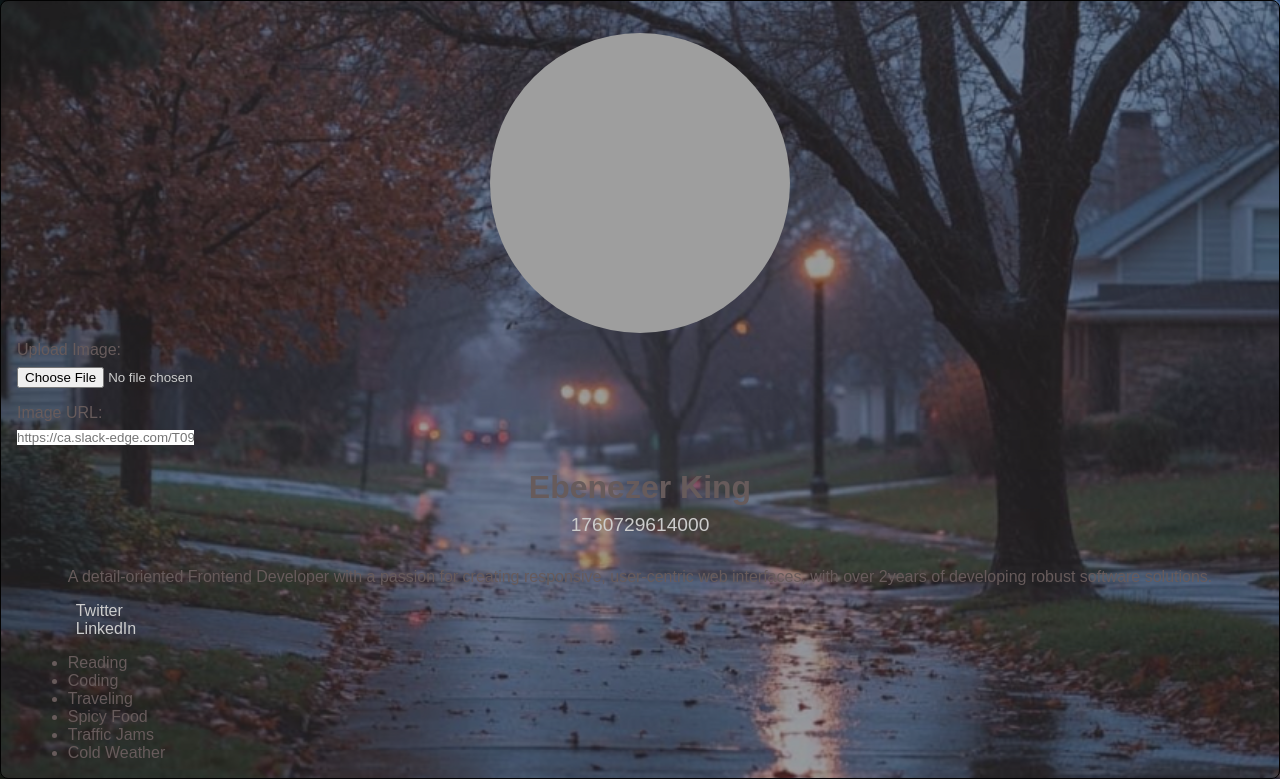
Repository: ebenezertiewei/profileCard
Page: index.html
The author's editor kept a copy of each file at every save. The page is drawn from the files as they stood at one save, then again after the next save.
The browser window is 1280 px wide. The pictures show the whole page.
Pictures or frames that could not be fetched are drawn as grey boxes.

Above is the page before, as saved 2025-10-17 23:13:34.

### index.html
<!DOCTYPE html>
<html lang="en">
	<head>
		<meta charset="UTF-8" />
		<meta name="viewport" content="width=device-width, initial-scale=1.0" />
		<title>Profile Card</title>
		<link rel="stylesheet" href="style.css" />
	</head>
	<body>
		<!--------------------------------- PROFILE CARD CONTAINER ---------------------------->
		<article data-testid="test-profile-card">
			<!---------------------------------- PROFILE HEADER ---------------------------->
			<section id="profileHeader">
				<figure>
					<img
						src="https://ca.slack-edge.com/T09AMR8A9C3-U09L73CQQ2K-7e805defcf15-512"
						alt="Profile Avatar"
						data-testid="test-user-avatar"
						id="profileAvatar"
					/>
					<!-- <figcaption>Ebenezer King</figcaption> -->
				</figure>
				<section class="imageUploadMethods">
					<!-- image upload -->
					<label for="avatarUpload">Upload Image:</label>
					<input type="file" id="avatarUpload" accept="image/*" />
					<!-- image url -->
					<label for="avatarUrl">Image URL:</label>
					<input
						type="url"
						id="avatarUrl"
						placeholder="https://ca.slack-edge.com/T09AMR8A9C3-U09L73CQQ2K-7e805defcf15-512"
					/>
				</section>
				<h2 data-testid="test-user-name">Ebenezer King</h2>
				<!----------- current time----------->
				<p data-testid="test-user-time"></p>
			</section>
			<!---------------------------------- PROFILE DETAILS ---------------------------->
			<section id="profileDetails">
				<p data-testid="test-user-bio">
					A detail-oriented Frontend Developer with a passion for creating
					responsive, user-centric web interfaces, with over 2years of
					developing robust software solutions.
				</p>
				<!--------------------- social links ------------->
				<nav data-testid="test-user-social-links">
					<ul>
						<li>
							<a
								href="https://x.com/txch_king?s=11&t=o3w1r65yzU2hxbP-LDD1ug"
								target="_blank"
								rel="noopener noreferrer"
								data-testid="test-user-social-twitter"
							>
								Twitter
							</a>
						</li>
						<li>
							<a
								href="https://www.linkedin.com/in/ebenezer-t-093b21320/"
								target="_blank"
								rel="noopener noreferrer"
								data-testid="test-user-social-linkedin"
							>
								LinkedIn
							</a>
						</li>
					</ul>
				</nav>
				<!--------------------- hobbies ------------->
				<section data-testid="test-user-hobbies">
					<h2></h2>
					<ul>
						<li>Reading</li>
						<li>Coding</li>
						<li>Traveling</li>
					</ul>
				</section>
				<!--------------------- dislikes ------------->
				<section data-testid="test-user-dislikes">
					<ul>
						<li>Spicy Food</li>
						<li>Traffic Jams</li>
						<li>Cold Weather</li>
					</ul>
				</section>
			</section>
		</article>

		<!-- javascript link -->
		<script src="script.js"></script>
	</body>
</html>

### style.css
/* ---------------------------------------------------------------- */
/*--------------- Project body general style ---------------*/
html {
	width: 100dvw;
	font-family: Arial, sans-serif;
	font-size: 1rem;
	font-weight: 400;
}
body {
	background-color: #605a5a;
	background-image: url("./assets/states.jpg");
	background-size: cover;
	background-position: center;
	background-repeat: no-repeat;
	/* height: 100%; */
	width: 100%;
}
* {
	padding: 0;
	margin: 0;
	border: 0;
	box-sizing: border-box;
}

/*--------------------------MOBILE WORKFLOW---------------------*/
/*--------------profile card container -------------------*/
article[data-testid="test-profile-card"] {
	/* height: 100%; */
	width: 100%;
	padding: 1rem;
	background-color: rgba(61, 58, 58, 0.5);
	color: rgb(103, 91, 91);
	display: flex;
	flex-direction: column;
	align-items: center;
	border: 1px solid #020202;
	border-radius: 8px;
	box-shadow: 0 2px 4px rgba(0, 0, 0, 0.1);
}

/*-------------  PROFILE HEADER  -------------*/
#profileHeader {
	width: 100%;
	display: flex;
	flex-direction: column;
	padding: 1rem 0;
	/* background-color: orange; */
}
#profileHeader figure {
	display: flex;
	flex-direction: column;
	align-items: center;
	margin-bottom: 0.5rem;
}
/*------------- profile header image -------------*/
#profileHeader img {
	border-radius: 50%;
	width: 300px;
	height: 300px;
	object-fit: cover;
}
/* -------------imageUploadMethods------------ */
.imageUploadMethods {
	display: flex;
	flex-direction: column;
	align-items: start;
}

.imageUploadMethods label {
	margin-bottom: 0.5rem;
}
.imageUploadMethods input {
	margin-bottom: 1rem;
}
#avatarUpload {
	color: #ccc;
}
#avatarUrl {
	color: #ccc;
}
/*--------------profile name --------------*/
#profileHeader h2 {
	display: flex;
	justify-content: center;
	margin: 0.5rem 0;
	font-size: 2rem;
	font-weight: 600;
}
/*-------------- current time --------------*/
#profileHeader p[data-testid="test-user-time"] {
	display: flex;
	justify-content: center;
	/* margin: 0.3rem 0; */
	margin-bottom: 1rem;
	font-size: 1.2rem;
	color: #ccc;
}
/*--------------  PROFILE DETAILS  --------------*/
#profileDetails p[data-testid="test-user-bio"] {
	/* text-align: center; */
	margin-bottom: 1rem;
}
/* ------------------ social links --------------- */
#profileDetails nav[data-testid="test-user-social-links"] {
	display: flex;
	flex-direction: column;
	justify-content: center;
	margin-bottom: 1rem;
	/* background-color: red; */
}
#profileDetails nav[data-testid="test-user-social-links"] ul {
	list-style: none;
}
#profileDetails nav[data-testid="test-user-social-links"] li {
	margin: 0 0.5rem;
}
#profileDetails nav[data-testid="test-user-social-links"] a {
	color: #ccc;
	text-decoration: none;
}
#profileDetails nav[data-testid="test-user-social-links"] a:hover {
	text-decoration: underline;
}

### script.js
// --------------------------------------------------------------------------
// ------------------- current time in milliseconds ----------
window.addEventListener("DOMContentLoaded", () => {
	const timeElement = document.querySelector('[data-testid="test-user-time"]');

	function updateTime() {
		const currentTime = Date.now();
		timeElement.textContent = currentTime;
	}

	updateTime();
	setInterval(updateTime, 1000);
});

// --------------------------------------------------------------------------
// ------------------- avatar image upload and image url upload ----------
window.addEventListener("DOMContentLoaded", () => {
	const avatarImg = document.getElementById("profileAvatar");
	const avatarImgUpload = document.getElementById("avatarUpload");
	const urlImgUpload = document.getElementById("avatarUrl");

	// Update avatar when a file is uploaded
	avatarImgUpload.addEventListener("change", (event) => {
		const file = event.target.files[0];
		if (file) {
			const imageUrl = URL.createObjectURL(file);
			avatarImg.src = imageUrl;

			// optional: revoke URL later to free memory
			avatarImg.onload = () => URL.revokeObjectURL(imageUrl);
		}
	});

	// Update avatar when a URL is entered
	urlImgUpload.addEventListener("input", () => {
		const url = urlImgUpload.value.trim();
		if (url) {
			avatarImg.src = url;
		}
	});
});

After the next save:
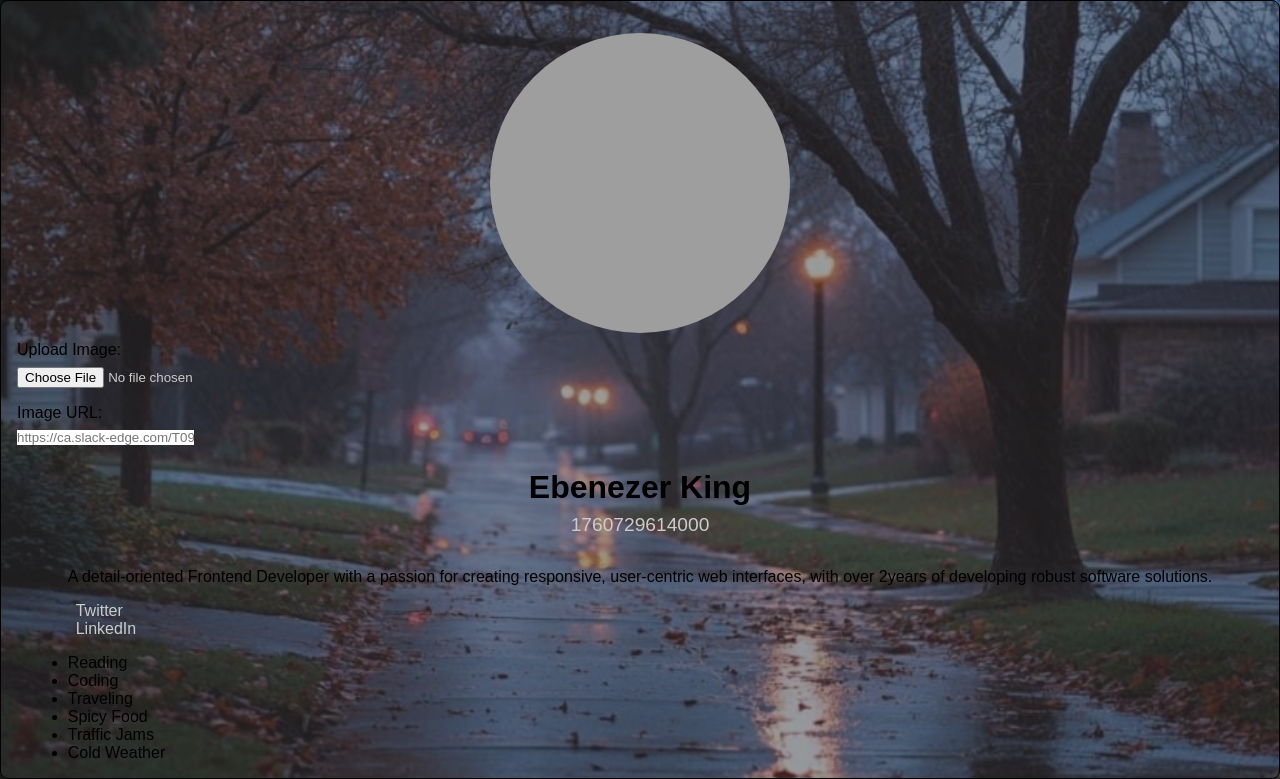
Saved 16 s later.
--- a/style.css
+++ b/style.css
@@ -29,7 +29,7 @@ article[data-testid="test-profile-card"] {
 	width: 100%;
 	padding: 1rem;
 	background-color: rgba(61, 58, 58, 0.5);
-	color: rgb(103, 91, 91);
+	color: rgb(0, 0, 0);
 	display: flex;
 	flex-direction: column;
 	align-items: center;
